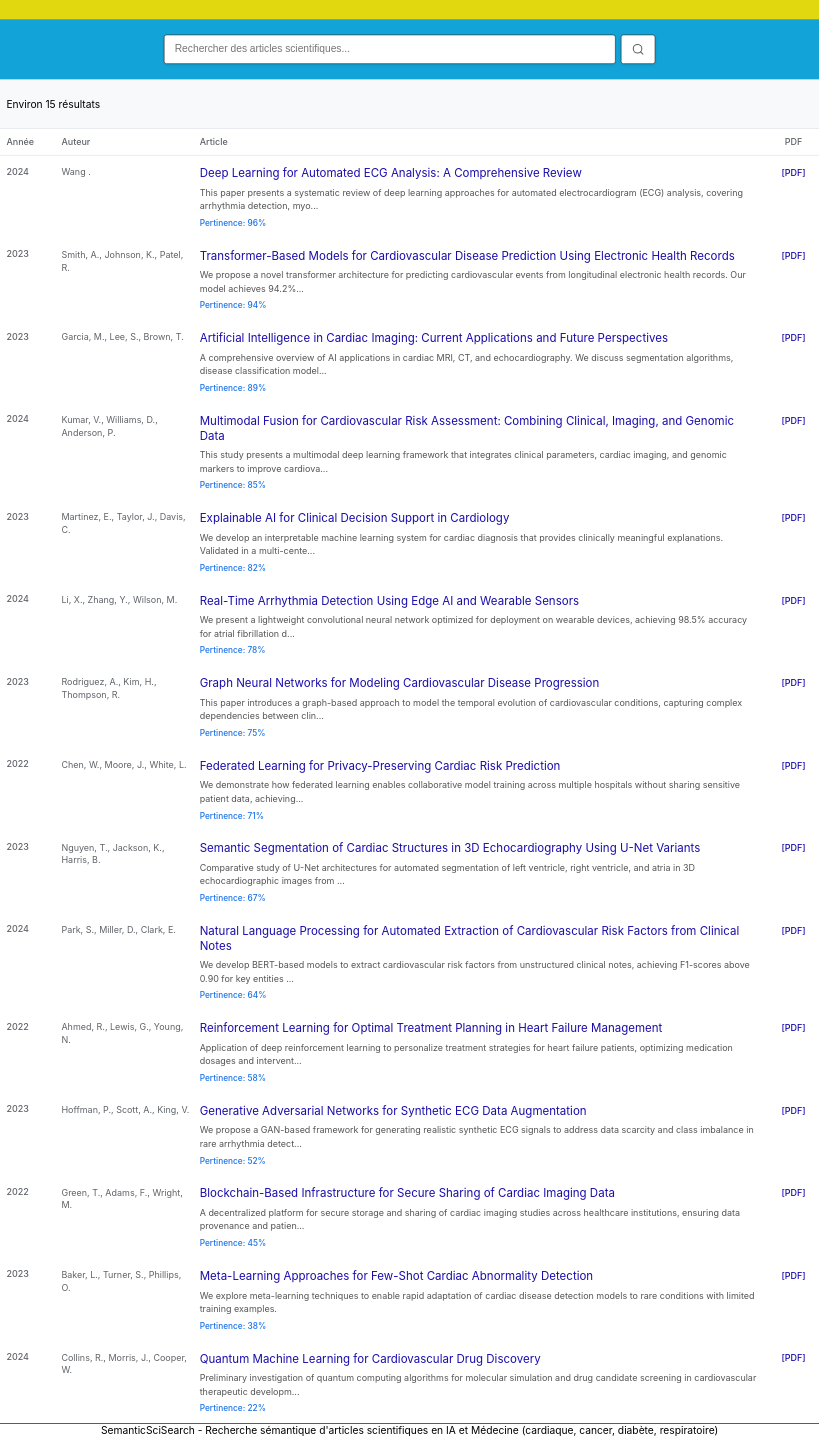
Repository: elh33/SemanticSciSearch
Page: / (app in frontend/)
These files come from the project's save history. The page is drawn as it stood at one moment and after the next save; the edit follows.
The browser window is 1280 px wide. The pictures show the whole page, at 64% of full size.
The project was rebuilt for these pictures with package versions that can differ from the ones it lists, and the page was loaded fresh each time.

Above is the page before, as saved 2025-11-22 01:03:46.

### frontend/index.html
<!DOCTYPE html>
<html lang="en">
  <head>
    <meta charset="UTF-8" />
    <meta name="viewport" content="width=device-width, initial-scale=1.0" />
    <title>SemanticSciSearch</title>
  </head>
  <body>
    <div id="root"></div>
    <script type="module" src="/src/index.tsx"></script>
  </body>
</html>

### frontend/src/index.tsx
import React from 'react';
import ReactDOM from 'react-dom';
import App from './App';
import './index.css';

ReactDOM.render(
  <React.StrictMode>
    <App />
  </React.StrictMode>,
  document.getElementById('root')
);

### frontend/src/App.tsx
import React from 'react';
// Importe le composant de recherche principal
import SearchResults from './components/SearchResults';

// Le composant App.tsx est le conteneur principal de l'application.
function App() {
  return (
    // Utilisation d'un fragment React (<>...</>) ou d'un <div> si tu as des styles globaux
    <>
      {/* Le composant SearchResults contient maintenant :
        - Le titre et le sous-titre de l'application.
        - La barre de recherche.
        - L'orchestration de la logique (appels à api.ts).
        - L'affichage de la liste des ArticleCard.
      */}
      <SearchResults />
    </>
  );
}

export default App;

### frontend/src/components/SearchResults.tsx
import React, { useState, useEffect } from 'react';
import { Article } from '../types';
import { searchArticles } from '../services/api';
import ArticleCard from './ArticleCard';

const SearchResults: React.FC = () => {
  const [query, setQuery] = useState('');
  const [searchedQuery, setSearchedQuery] = useState('');
  const [results, setResults] = useState<Article[]>([]);
  const [isLoading, setIsLoading] = useState(false);
  const [hasSearched, setHasSearched] = useState(false);

  const handleSearch = async (searchQuery: string = query) => {
    setIsLoading(true);
    setHasSearched(true);
    setSearchedQuery(searchQuery);

    try {
      const data = await searchArticles(searchQuery);
      const sortedData = [...data].sort((a, b) => b.score - a.score);
      setResults(sortedData);
    } catch (error) {
      console.error("Erreur lors de la recherche:", error);
      setResults([]);
    } finally {
      setIsLoading(false);
    }
  };

  useEffect(() => {
    handleSearch('');
  }, []);

  const handleSubmit = (e: React.FormEvent) => {
    e.preventDefault();
    handleSearch();
  };

  return (
    <div className="min-h-screen bg-white">
      {/* BARRE JAUNE EN HAUT */}
      <div style={{ backgroundColor: '#e2d810', height: '30px' }} className="w-full"></div>

      {/* En-tête avec fond bleu - CENTRAGE SIMPLE */}
      <div style={{ backgroundColor: '#12a4d9' }} className="w-full sticky top-0 z-10 shadow-lg">
        <div style={{ display: 'flex', justifyContent: 'center', alignItems: 'center', padding: '24px 16px' }}>
          <form onSubmit={handleSubmit} style={{ display: 'flex', gap: '8px', width: '100%', maxWidth: '768px' }}>
            <input
              type="text"
              value={query}
              onChange={(e) => setQuery(e.target.value)}
              placeholder="Rechercher des articles scientifiques..."
              style={{
                flex: 1,
                padding: '12px 16px',
                fontSize: '16px',
                backgroundColor: 'white',
                borderRadius: '4px',
                boxShadow: '0 2px 5px rgba(0,0,0,0.1)',
                border: '1px solid #322e2f',
                outline: 'none'
              }}
            />

            <button
              type="submit"
              style={{
                padding: '12px 16px',
                backgroundColor: 'white',
                border: '1px solid #322e2f',
                borderRadius: '4px',
                cursor: 'pointer',
                boxShadow: '0 2px 5px rgba(0,0,0,0.1)',
                display: 'flex',
                alignItems: 'center',
                justifyContent: 'center'
              }}
              onMouseEnter={(e) => e.currentTarget.style.backgroundColor = '#f8f9fa'}
              onMouseLeave={(e) => e.currentTarget.style.backgroundColor = 'white'}
            >
              <svg
                width="20"
                height="20"
                viewBox="0 0 24 24"
                fill="none"
                stroke="#5f6368"
                strokeWidth="2"
                strokeLinecap="round"
                strokeLinejoin="round"
              >
                <circle cx="11" cy="11" r="8"></circle>
                <path d="m21 21-4.35-4.35"></path>
              </svg>
            </button>
          </form>
        </div>
      </div>

      {/* BARRE DE SÉPARATION avec nombre de résultats */}
      {hasSearched && !isLoading && (
        <div style={{
          borderBottom: '1px solid #dfe1e5',
          backgroundColor: '#f8f9fa',
          padding: '12px 0'
        }}>
          <div className="max-w-5xl mx-auto px-4" style={{ paddingLeft: '10px' }}>
            <p className="text-sm text-gray-600">
              Environ {results.length} résultat{results.length > 1 ? 's' : ''}
              {searchedQuery && ` pour "${searchedQuery}"`}
            </p>
          </div>
        </div>
      )}

      {/* Contenu principal */}
      <div className="max-w-5xl mx-auto px-4 py-6">
        {isLoading && (
          <div className="flex items-center justify-center py-12">
            <div className="flex flex-col items-center gap-3">
              <div className="animate-spin rounded-full h-8 w-8 border-b-2 border-blue-600"></div>
              <p className="text-gray-600">Recherche en cours...</p>
            </div>
          </div>
        )}

        {!isLoading && (
          <div className="bg-white">
            {results.length > 0 ? (
              <div>
                {/* En-tête du tableau */}
                <div style={{
                  display: 'grid',
                  gridTemplateColumns: '80px 200px 1fr 80px',
                  gap: '16px',
                  padding: '12px 0',
                  borderBottom: '1px solid #dfe1e5',
                  fontWeight: '500',
                  fontSize: '14px',
                  color: '#5f6368'
                }}>
                  <div style={{ paddingLeft: '10px' }}>Année</div>                  <div>Auteur</div>
                  <div>Article</div>
                  <div style={{ textAlign: 'center' }}>PDF</div>
                </div>

                {/* Articles */}
                {results.map((article) => (
                  <ArticleCard key={article.id} article={article} />
                ))}
              </div>
            ) : (
              hasSearched && (
                <div className="text-center py-12">
                  <p className="text-gray-600 text-lg">
                    Aucun résultat trouvé{searchedQuery && ` pour "${searchedQuery}"`}
                  </p>
                  <p className="text-gray-500 text-sm mt-2">
                    Essayez avec d'autres mots-clés
                  </p>
                </div>
              )
            )}
          </div>
        )}
      </div>

      {/* Footer */}
      <footer className="mt-12 border-t border-gray-200 bg-gray-50">
        <div className="max-w-5xl mx-auto px-4 py-6 text-center text-sm text-gray-500">
          SemanticSciSearch - Recherche sémantique d'articles scientifiques en IA et Médecine (cardiaque, cancer, diabète, respiratoire)
        </div>
      </footer>
    </div>
  );
};

export default SearchResults;

### frontend/src/services/api.ts
import { Article } from '../types';
import { MOCK_RESULTS } from '../data/mockData';
import axios from 'axios';

// 💡 INTERRUPTEUR : Passez à 'false' (ou commentez/supprimez) cette ligne
// UNIQUEMENT lorsque le Back-End FastAPI est prêt.
const USE_MOCK_DATA = true;

// URL de base lue depuis le .env pour le mode production
// Le .env doit contenir VITE_API_URL=http://localhost:8000
const API_BASE_URL = 'http://localhost:8000';

/**
 * Fonction principale de recherche d'articles.
 * Elle utilise soit les données mockées, soit l'API réelle.
 * @param query Le texte de la requête de l'utilisateur.
 * @returns Une promesse qui résout vers un tableau d'articles.
 */
export const searchArticles = async (query: string): Promise<Article[]> => {
  if (USE_MOCK_DATA) {
    // --- MODE MOCKÉ ---
    console.log(`[MOCK] Simulation de recherche pour: "${query}"`);

    // 1. Simuler le délai réseau (500ms) pour une meilleure expérience utilisateur
    await new Promise(resolve => setTimeout(resolve, 500));

    // 2. Simuler un filtre simple (recherche du mot-clé dans le titre)
    // S'il n'y a pas de requête (query vide), on renvoie tout.
    const lowerCaseQuery = query.toLowerCase();

    return MOCK_RESULTS.filter(article =>
        article.title.toLowerCase().includes(lowerCaseQuery) || lowerCaseQuery.length === 0
    );

  } else {
    // --- MODE PRODUCTION (Axios) ---
    console.log(`[AXIOS] Requête réelle vers: ${API_BASE_URL}/search pour: "${query}"`);

    try {
      // 1. Envoi de la requête POST à FastAPI
      const response = await axios.post(`${API_BASE_URL}/search`, { query });

      // 2. Retourne les données (TypeScript vérifie que c'est un tableau d'Articles)
      return response.data as Article[];

    } catch (error) {
      console.error("Erreur lors de l'appel à l'API de recherche:", error);
      // En cas d'échec de l'API, on renvoie un tableau vide
      return [];
    }
  }
};

### frontend/src/components/ArticleCard.tsx
import React from 'react';
import { Article } from '../types';

interface ArticleCardProps {
  article: Article;
}

const ArticleCard: React.FC<ArticleCardProps> = ({ article }) => {
  const scorePercent = (article.score * 100).toFixed(0);

  // Tronquer l'abstract aux 2 premières lignes (environ 150 caractères)
  const truncatedAbstract = article.abstract.length > 150
    ? article.abstract.substring(0, 150) + '...'
    : article.abstract;

  return (
    <div style={{
      display: 'grid',
      gridTemplateColumns: '80px 200px 1fr 80px',
      gap: '16px',
      padding: '16px 0',
      alignItems: 'start'
    }}>
      {/* Colonne 1: Année - avec padding-left */}
      <div style={{
        fontSize: '14px',
        color: '#5f6368',
        fontWeight: '500',
        paddingLeft: '10px'
      }}>
        {article.year}
      </div>

      {/* Colonne 2: Auteurs */}
      <div style={{
        fontSize: '14px',
        color: '#5f6368',
        lineHeight: '1.4'
      }}>
        {article.authors}
      </div>

      {/* Colonne 3: Article (Titre + Abstract + Pertinence) */}
      <div>
        {/* Titre cliquable en bleu */}
        <h3 style={{ margin: '0 0 8px 0' }}>
          <a
            href={article.url}
            target="_blank"
            rel="noopener noreferrer"
            style={{
              color: '#1a0dab',
              fontSize: '18px',
              textDecoration: 'none',
              fontWeight: '400'
            }}
            onMouseEnter={(e) => e.currentTarget.style.textDecoration = 'underline'}
            onMouseLeave={(e) => e.currentTarget.style.textDecoration = 'none'}
          >
            {article.title}
          </a>
        </h3>

        {/* Abstract tronqué */}
        <p style={{
          margin: '0 0 8px 0',
          fontSize: '14px',
          color: '#545454',
          lineHeight: '1.5'
        }}>
          {truncatedAbstract}
        </p>

        {/* Pertinence en bleu */}
        <div style={{
          fontSize: '13px',
          color: '#1a73e8',
          fontWeight: '500'
        }}>
          Pertinence: {scorePercent}%
        </div>
      </div>

      {/* Colonne 4: Lien PDF */}
      <div style={{ textAlign: 'center' }}>
        <a
          href={article.url}
          target="_blank"
          rel="noopener noreferrer"
          style={{
            color: '#1a0dab',
            fontSize: '14px',
            textDecoration: 'none',
            fontWeight: '500'
          }}
          onMouseEnter={(e) => e.currentTarget.style.textDecoration = 'underline'}
          onMouseLeave={(e) => e.currentTarget.style.textDecoration = 'none'}
        >
          [PDF]
        </a>
      </div>
    </div>
  );
};

export default ArticleCard;

Loaded but not shown: frontend/src/index.css (common file); frontend/src/data/mockData.ts (139 lines, source omitted)

After the next save:
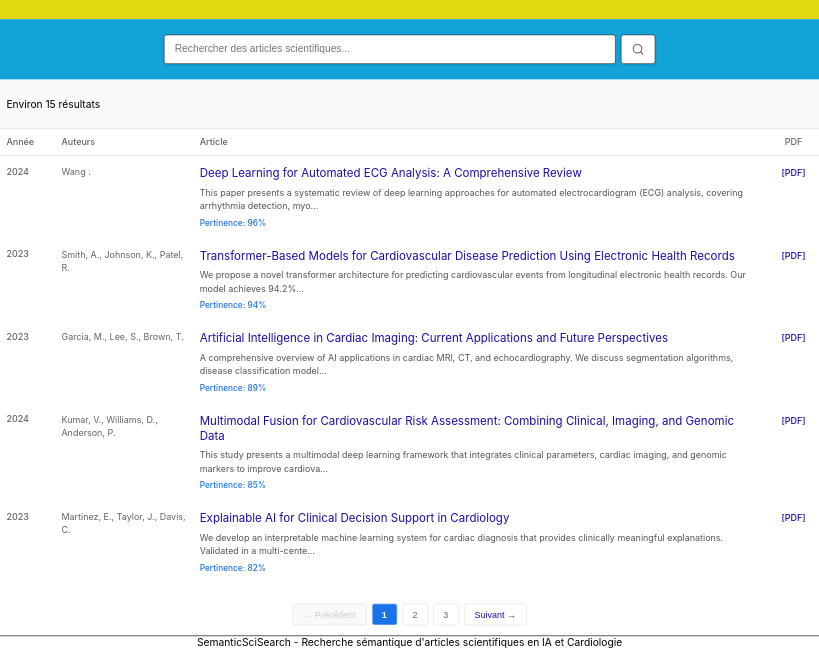
Saved 5 min 20 s later.
--- a/frontend/src/components/SearchResults.tsx
+++ b/frontend/src/components/SearchResults.tsx
@@ -9,11 +9,14 @@ const SearchResults: React.FC = () => {
   const [results, setResults] = useState<Article[]>([]);
   const [isLoading, setIsLoading] = useState(false);
   const [hasSearched, setHasSearched] = useState(false);
+  const [currentPage, setCurrentPage] = useState(1);
+  const ITEMS_PER_PAGE = 5;
 
   const handleSearch = async (searchQuery: string = query) => {
     setIsLoading(true);
     setHasSearched(true);
     setSearchedQuery(searchQuery);
+    setCurrentPage(1); // Retour à la page 1 lors d'une nouvelle recherche
 
     try {
       const data = await searchArticles(searchQuery);
@@ -34,6 +37,17 @@ const SearchResults: React.FC = () => {
   const handleSubmit = (e: React.FormEvent) => {
     e.preventDefault();
     handleSearch();
+  };
+
+  // Calculer les articles à afficher pour la page actuelle
+  const indexOfLastItem = currentPage * ITEMS_PER_PAGE;
+  const indexOfFirstItem = indexOfLastItem - ITEMS_PER_PAGE;
+  const currentArticles = results.slice(indexOfFirstItem, indexOfLastItem);
+  const totalPages = Math.ceil(results.length / ITEMS_PER_PAGE);
+
+  const handlePageChange = (pageNumber: number) => {
+    setCurrentPage(pageNumber);
+    window.scrollTo({ top: 0, behavior: 'smooth' }); // Scroll vers le haut
   };
 
   return (
@@ -105,8 +119,7 @@ const SearchResults: React.FC = () => {
         }}>
           <div className="max-w-5xl mx-auto px-4" style={{ paddingLeft: '10px' }}>
             <p className="text-sm text-gray-600">
-              Environ {results.length} résultat{results.length > 1 ? 's' : ''}
-              {searchedQuery && ` pour "${searchedQuery}"`}
+              Environ {results.length} résultat{results.length !== 1 ? 's' : ''}{searchedQuery && ` pour "${searchedQuery}"`}
             </p>
           </div>
         </div>
@@ -126,28 +139,100 @@ const SearchResults: React.FC = () => {
         {!isLoading && (
           <div className="bg-white">
             {results.length > 0 ? (
-              <div>
-                {/* En-tête du tableau */}
-                <div style={{
-                  display: 'grid',
-                  gridTemplateColumns: '80px 200px 1fr 80px',
-                  gap: '16px',
-                  padding: '12px 0',
-                  borderBottom: '1px solid #dfe1e5',
-                  fontWeight: '500',
-                  fontSize: '14px',
-                  color: '#5f6368'
-                }}>
-                  <div style={{ paddingLeft: '10px' }}>Année</div>                  <div>Auteur</div>
-                  <div>Article</div>
-                  <div style={{ textAlign: 'center' }}>PDF</div>
+              <>
+                <div>
+                  {/* En-tête du tableau */}
+                  <div style={{
+                    display: 'grid',
+                    gridTemplateColumns: '80px 200px 1fr 80px',
+                    gap: '16px',
+                    padding: '12px 0',
+                    borderBottom: '1px solid #dfe1e5',
+                    fontWeight: '500',
+                    fontSize: '14px',
+                    color: '#5f6368'
+                  }}>
+                    <div style={{ paddingLeft: '10px' }}>Année</div>
+                    <div>Auteurs</div>
+                    <div>Article</div>
+                    <div style={{ textAlign: 'center' }}>PDF</div>
+                  </div>
+
+                  {/* Articles de la page actuelle */}
+                  {currentArticles.map((article) => (
+                    <ArticleCard key={article.id} article={article} />
+                  ))}
                 </div>
 
-                {/* Articles */}
-                {results.map((article) => (
-                  <ArticleCard key={article.id} article={article} />
-                ))}
-              </div>
+                {/* Pagination */}
+                {totalPages > 1 && (
+                  <div style={{
+                    display: 'flex',
+                    justifyContent: 'center',
+                    alignItems: 'center',
+                    gap: '8px',
+                    marginTop: '32px',
+                    paddingBottom: '16px'
+                  }}>
+                    {/* Bouton Précédent */}
+                    <button
+                      onClick={() => handlePageChange(currentPage - 1)}
+                      disabled={currentPage === 1}
+                      style={{
+                        padding: '8px 16px',
+                        backgroundColor: currentPage === 1 ? '#f8f9fa' : 'white',
+                        border: '1px solid #dfe1e5',
+                        borderRadius: '4px',
+                        cursor: currentPage === 1 ? 'not-allowed' : 'pointer',
+                        color: currentPage === 1 ? '#ccc' : '#1a0dab',
+                        fontSize: '14px',
+                        fontWeight: '500'
+                      }}
+                    >
+                      ← Précédent
+                    </button>
+
+                    {/* Numéros de pages */}
+                    {Array.from({ length: totalPages }, (_, i) => i + 1).map((pageNumber) => (
+                      <button
+                        key={pageNumber}
+                        onClick={() => handlePageChange(pageNumber)}
+                        style={{
+                          padding: '8px 12px',
+                          backgroundColor: currentPage === pageNumber ? '#1a73e8' : 'white',
+                          border: '1px solid #dfe1e5',
+                          borderRadius: '4px',
+                          cursor: 'pointer',
+                          color: currentPage === pageNumber ? 'white' : '#5f6368',
+                          fontSize: '14px',
+                          fontWeight: currentPage === pageNumber ? '600' : '400',
+                          minWidth: '40px'
+                        }}
+                      >
+                        {pageNumber}
+                      </button>
+                    ))}
+
+                    {/* Bouton Suivant */}
+                    <button
+                      onClick={() => handlePageChange(currentPage + 1)}
+                      disabled={currentPage === totalPages}
+                      style={{
+                        padding: '8px 16px',
+                        backgroundColor: currentPage === totalPages ? '#f8f9fa' : 'white',
+                        border: '1px solid #dfe1e5',
+                        borderRadius: '4px',
+                        cursor: currentPage === totalPages ? 'not-allowed' : 'pointer',
+                        color: currentPage === totalPages ? '#ccc' : '#1a0dab',
+                        fontSize: '14px',
+                        fontWeight: '500'
+                      }}
+                    >
+                      Suivant →
+                    </button>
+                  </div>
+                )}
+              </>
             ) : (
               hasSearched && (
                 <div className="text-center py-12">
@@ -167,7 +252,7 @@ const SearchResults: React.FC = () => {
       {/* Footer */}
       <footer className="mt-12 border-t border-gray-200 bg-gray-50">
         <div className="max-w-5xl mx-auto px-4 py-6 text-center text-sm text-gray-500">
-          SemanticSciSearch - Recherche sémantique d'articles scientifiques en IA et Médecine (cardiaque, cancer, diabète, respiratoire)
+          SemanticSciSearch - Recherche sémantique d'articles scientifiques en IA et Cardiologie
         </div>
       </footer>
     </div>
